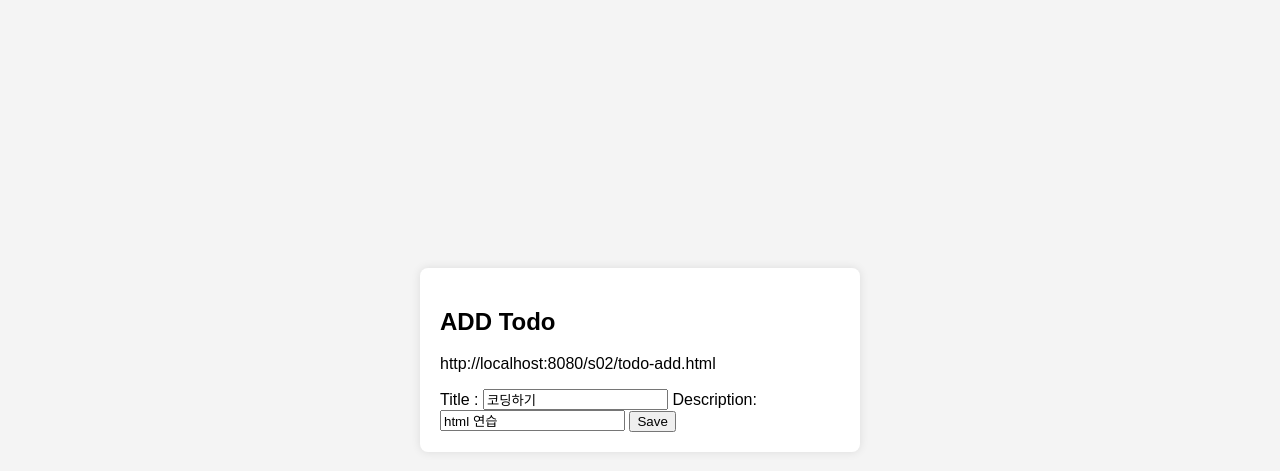
Repository: kimmingyeong225/totalJSP
Page: class_servlet_02/src/main/webapp/todo-add.html
The author's editor kept a copy of each file at every save. The page is drawn from the files as they stood at one save, then again after the next save.
The browser window is 1280 px wide. The pictures show the whole page.

Above is the page before, as saved 2024-07-01 06:11:37.

### class_servlet_02/src/main/webapp/todo-add.html
<!DOCTYPE html>
<html>
<head>
<meta charset="UTF-8">
<title>Todo Form</title>
<style type="text/css">
	body {
		display: flex;
		justify-content: center;
		align-items: center;
		height: 100vh;
		margin: 0;
		font-family: arial, sans-serif;
		background-color: #f4f4f4;

	}
	.todo-form {
		background-color: #fff;
		padding: 20px;
		border-radius: 8px;
		width:  400px;
		box-shadow: 0 0 10px rgba(0,0,0,0.1)


	}

</style>
</head>
<body>
	<!-- form 태그에서 데이터를 서버로 제출할 때 반드시 name 속성이 있어야 한다. -->
	<div class="todo-form">
		<h2>ADD Todo</h2>
		<p> http://localhost:8080/s02/todo-add.html</p>
		<!-- 절대 경로 -->
		<!-- / 부터 시작한다면 절대 경롤르 의미하고 context-root 부터 시작이다. -->

		<form action ="/s02/todo-insert" method="post">
		<label for="title">Title : </label>
		<input type="text" id = "title" placeholder="Enter todo title" name="title" value="코딩하기">
		<label for="description">Description:</label>
		<input type="text" id = "description" placeholder="Enter todo description" name="description" value="html 연습">
		<button type="submit"> Save </button>
		</form>
	</div>

</body>
</html>

After the next save:
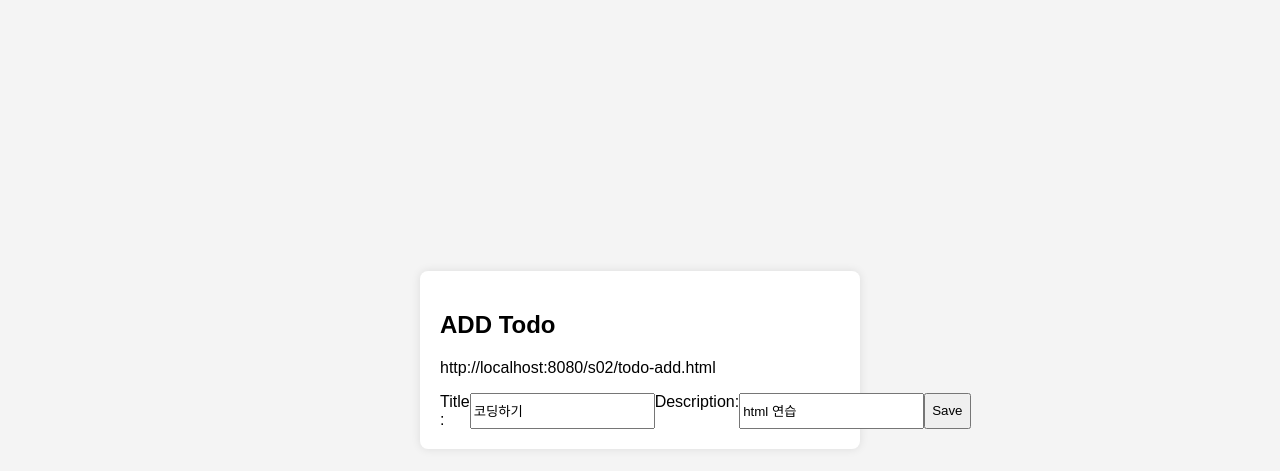
Saved 18 s later.
--- a/class_servlet_02/src/main/webapp/todo-add.html
+++ b/class_servlet_02/src/main/webapp/todo-add.html
@@ -21,6 +21,10 @@
 		width:  400px;
 		box-shadow: 0 0 10px rgba(0,0,0,0.1)
 
+	}
+
+	form {
+		display: flex;
 
 	}
 
